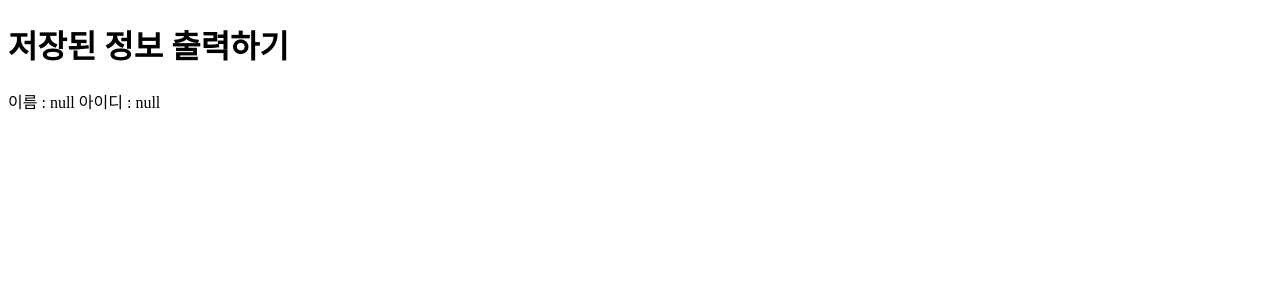
Repository: yjeongyjeong/jsp
Page: http://localhost/web-study-06/01_useBeanDemo.jsp
An editor plug-in stored every save of this project. The page is shown before and after the next save, followed by the edit.
The browser window is 1280 px wide. The pictures show the whole page.
The page is served by Tomcat 9.

Above is the page before, as saved 2023-10-12 00:56:07.

### web-study-06/src/main/webapp/01_useBeanDemo.jsp
<%@ page language="java" contentType="text/html; charset=UTF-8"
    pageEncoding="UTF-8"%>
<!DOCTYPE html>
<html>
<head>
<meta charset="UTF-8">
<title>Insert title here</title>
</head>
<body>
<jsp:useBean id="member" class="com.saeyan.javabeans.MemberBean"/>
<h1>저장된 정보 출력하기</h1>
이름 : <%=member.getName() %>
아이디 : <%=member.getUserid() %> <br>


</body>
</html>

### web-study-06/src/main/java/com/saeyan/javabeans/MemberBean.java
package com.saeyan.javabeans;

import lombok.Getter;
import lombok.Setter;

@Setter @Getter
public class MemberBean {

	private String name;
	private String userid;
	private String nickname;
	private String pwd;
	private String email;
	private String phone;
}

After the next save:
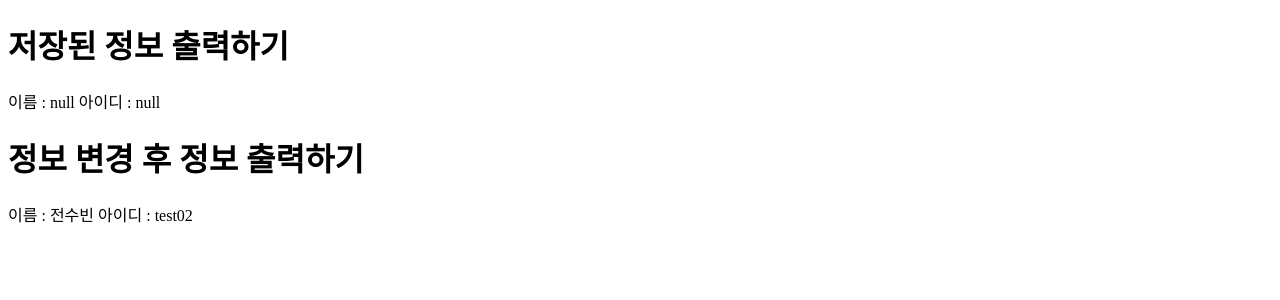
Saved 70 s later.
--- a/web-study-06/src/main/webapp/01_useBeanDemo.jsp
+++ b/web-study-06/src/main/webapp/01_useBeanDemo.jsp
@@ -1,5 +1,5 @@
 <%@ page language="java" contentType="text/html; charset=UTF-8"
-    pageEncoding="UTF-8"%>
+	pageEncoding="UTF-8"%>
 <!DOCTYPE html>
 <html>
 <head>
@@ -7,11 +7,18 @@
 <title>Insert title here</title>
 </head>
 <body>
-<jsp:useBean id="member" class="com.saeyan.javabeans.MemberBean"/>
-<h1>저장된 정보 출력하기</h1>
-이름 : <%=member.getName() %>
-아이디 : <%=member.getUserid() %> <br>
+	<jsp:useBean id="member" class="com.saeyan.javabeans.MemberBean" />
+	<h1>저장된 정보 출력하기</h1>
+	이름 : <%=member.getName()%>
+	아이디 :	<%=member.getUserid()%>	<br>
 
+	<h1>정보 변경 후 정보 출력하기</h1>
+	<%
+		member.setName("전수빈");
+		member.setUserid("test02");
+	%>
+	이름 : <%=member.getName()%>
+	아이디 :	<%=member.getUserid()%>	<br>
 
 </body>
 </html>
